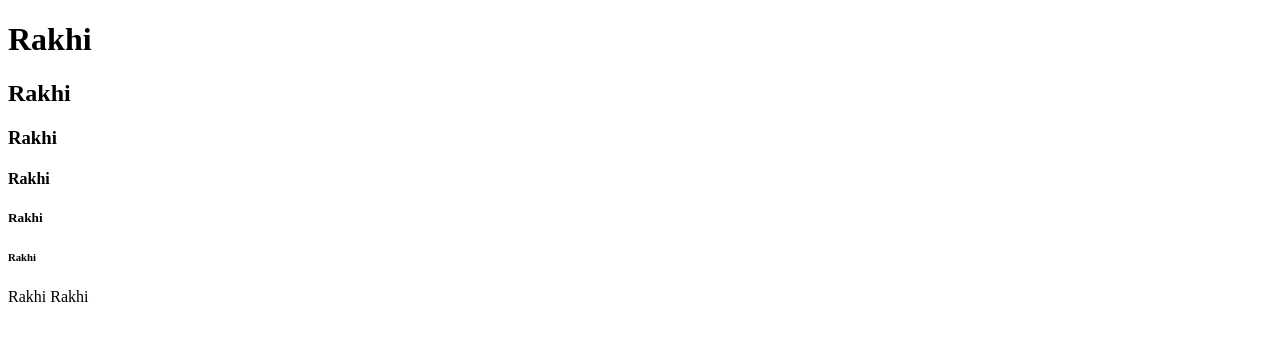
Repository: Ashishchakravartii/landingPage
Page: index.html
These files come from the project's save history. The page is drawn as it stood at one moment and after the next save; the edit follows.
The browser window is 1280 px wide. The pictures show the whole page.

Above is the page before, as saved 2024-07-24 12:06:53.

### index.html
<!DOCTYPE html>
<html lang="en">
<head>
    <meta charset="UTF-8">
    <meta name="viewport" content="width=device-width, initial-scale=1.0">
    <title>Document</title>
</head>
<body>

    <h1>Rakhi</h1>
    <h2>Rakhi</h2>
    <h3>Rakhi</h3>
    <h4>Rakhi</h4>
    <h5>Rakhi</h5>
    <h6>Rakhi</h6>
    <h7>Rakhi</h7>
    <h8>Rakhi</h8>

</body>
</html>

After the next save:
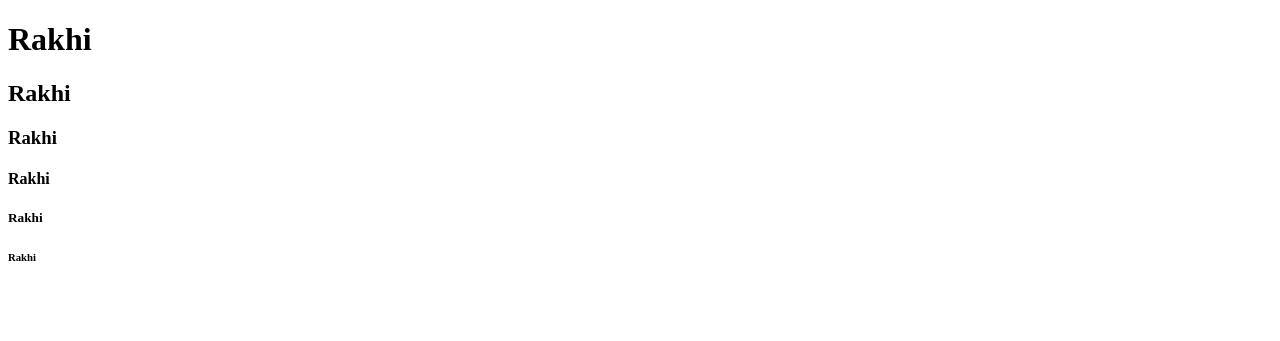
Saved 11 s later.
--- a/index.html
+++ b/index.html
@@ -13,8 +13,7 @@
     <h4>Rakhi</h4>
     <h5>Rakhi</h5>
     <h6>Rakhi</h6>
-    <h7>Rakhi</h7>
-    <h8>Rakhi</h8>
+
 
 </body>
 </html>
